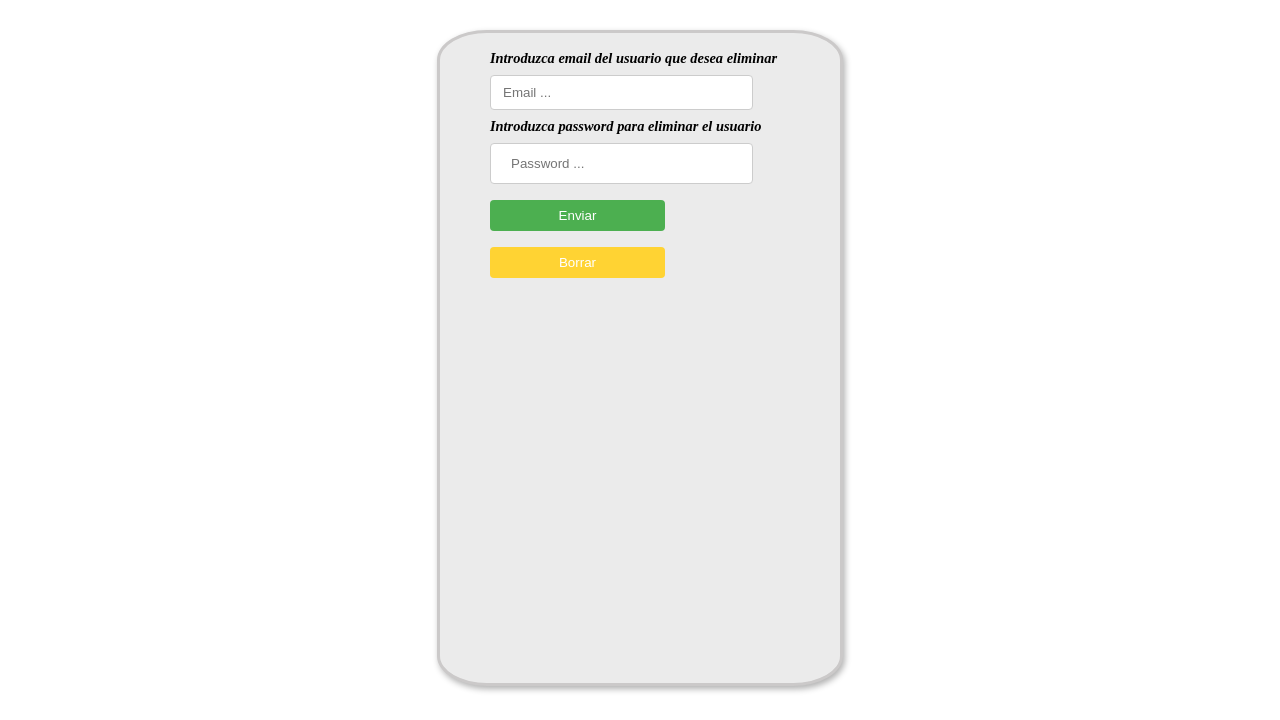
Repository: nachmz42/ProyectoJoker
Page: http://localhost/Joker/eliminarusuario.jsp
An editor plug-in stored every save of this project. The page is shown before and after the next save, followed by the edit.
The browser window is 1280 px wide. The pictures show the whole page.
The page is served by Tomcat 9. Other server files are loaded and not shown.

Above is the page before, as saved 2021-07-02 11:31:48.

### Joker/src/main/webapp/eliminarusuario.jsp
<%@ page language="java" contentType="text/html; charset=ISO-8859-1"
    pageEncoding="ISO-8859-1"%>
<!DOCTYPE html>
<html>
<head>
<meta charset="ISO-8859-1">
<title>Insert title here</title>
<link rel="stylesheet" href="STYLE/css/eliminarusuario.css"></link>
</head>
<body>


<div class= "testbox">
  <form action="/Joker/ServletEliminarusuario" method="post"><br>
  <div class="form2">
  	<label for="email">Introduzca email del usuario que desea eliminar</label>
    <input type="email" id="email" name="email" placeholder="Email ..." required><br>

    <label for="password">Introduzca password para eliminar el usuario</label>
    <input type="text" id="password" name="password" placeholder="Password ..." required><br>

    <input type="submit" value="Enviar"><br>
    <input type="reset" value="Borrar"><br>
    </div>
  </form>
</div>





</body>
</html>

### Joker/src/main/webapp/STYLE/css/eliminarusuario.css
@charset "ISO-8859-1";



input[type=text], select {
	width: 75%;
	padding: 12px 20px;
	margin: 8px 0;
	display: inline-block;
	border: 1px solid #ccc;
	border-radius: 4px;
	box-sizing: border-box;
}

input[type=email], select {
	width: 75%;
	padding: 9px 12px;
	margin: 8px 0;
	display: inline-block;
	border: 1px solid #ccc;
	border-radius: 4px;
	box-sizing: border-box;
}

input[type=submit] {
	width: 50%;
	background-color: #4CAF50;
	color: white;
	padding: 8px 0px;
	margin: 8px 0;
	border: none;
	border-radius: 4px;
	cursor: pointer;
	Text-align: center;
}

input[type=reset] {
	width: 50%;
	background-color: #FFD333;
	color: white;
	padding: 8px 0px;
	margin: 8px 0;
	border: none;
	border-radius: 4px;
	cursor: pointer;
	Text-align: center;
}


.testbox {
	margin: 30px auto;
	width: 400px;
	height: 650px;
	-webkit-border-radius: 50px/30px;
	-moz-border-radius: 50px/30px;
	border-radius: 50px/30px;
	background-color: #ebebeb;
	-webkit-box-shadow: 2px 3px 6px rgba(0, 0, 0, .31);
	-moz-box-shadow: 2px 3px 6px rgba(0, 0, 0, .31);
	box-shadow: 2px 3px 6px rgba(0, 0, 0, .31);
	border: solid 3px #cbc9c9;
	Text-align: center;
	 font: oblique bold 90% cursive;
}





.form2 {
    Text-align: left;
    width: 350px;
    margin-left: 50px;
}

After the next save:
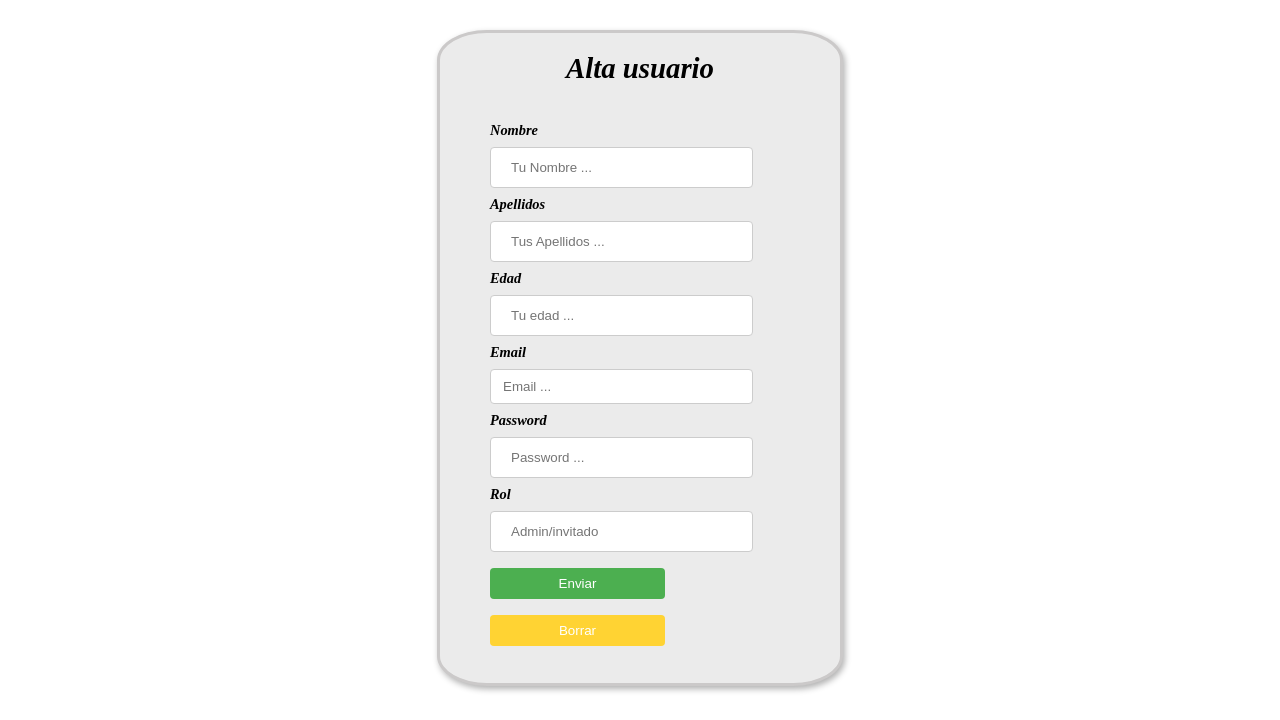
Saved 16 s later.
--- a/Joker/src/main/webapp/eliminarusuario.jsp
+++ b/Joker/src/main/webapp/eliminarusuario.jsp
@@ -9,25 +9,41 @@
 </head>
 <body>
 
+<div class= "testbox">
 
-<div class= "testbox">
-  <form action="/Joker/ServletEliminarusuario" method="post"><br>
-  <div class="form2">
-  	<label for="email">Introduzca email del usuario que desea eliminar</label>
-    <input type="email" id="email" name="email" placeholder="Email ..." required><br>
+	<h1>Alta usuario</h1>
+  	<form action="/"/Joker/ServletEliminarusuario"" method="post"><br>
 
-    <label for="password">Introduzca password para eliminar el usuario</label>
-    <input type="text" id="password" name="password" placeholder="Password ..." required><br>
+  	<div class="form2" style="">
+    <label for="nombre" id="1">Nombre</label><br>
+    <input type="text" id="nombre" name="nombre" placeholder="Tu Nombre ..."  required><br>
+
+    <label for="apellidos"  >Apellidos</label><br>
+    <input type="text" id="apellidos" name="apellidos" placeholder="Tus Apellidos ..." required><br>
+
+
+    <label for="edad" id="1">Edad</label><br>
+    <input type="text" id="edad" name="edad" placeholder="Tu edad ..."  required  ><br>
+
+
+    <label for="email" id="1">Email</label><br>
+    <input type="email" id="email" name="email" placeholder="Email ..."  required>
+     <i class="icon-user"></i><br>
+
+
+    <label for="password" id="1" >Password</label><br>
+    <input type="text" id="password" name="password" placeholder="Password ..."  required>  <br>
+
+    <label for="rol" id="1" >Rol</label><br>
+    <input type="text" id="rol" name="rol" placeholder="Admin/invitado"  required  >  <br>
+
 
     <input type="submit" value="Enviar"><br>
     <input type="reset" value="Borrar"><br>
-    </div>
+   </div>
   </form>
+
 </div>
-
-
-
-
 
 </body>
 </html>
